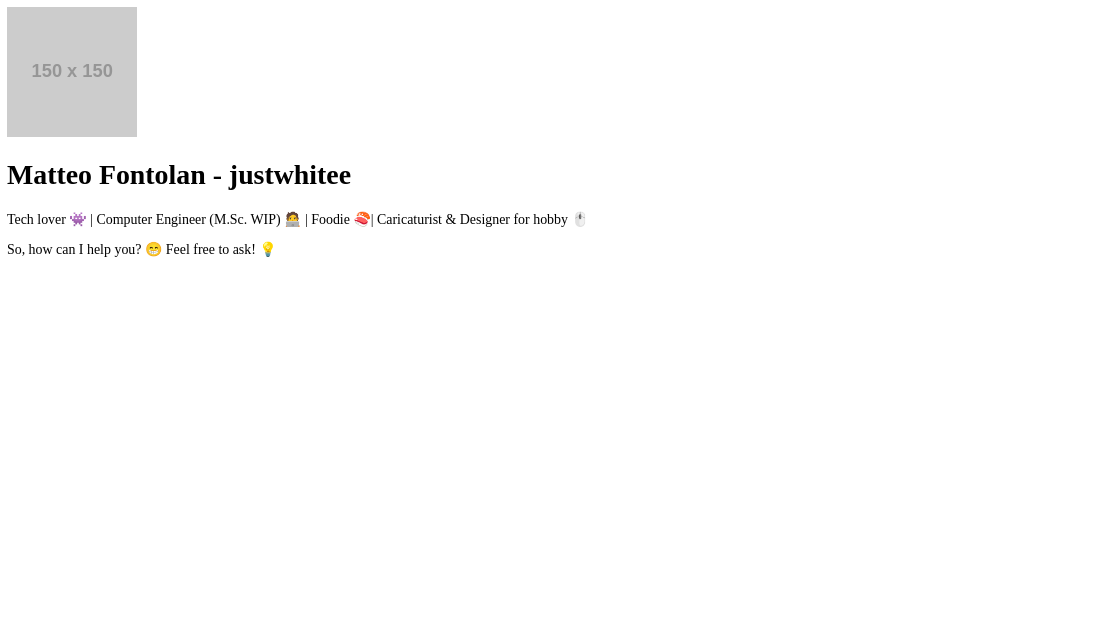
Repository: itsjustwhitee/itsjustwhitee.github.io
Page: bento/index.html
These files come from the project's save history. The page is drawn as it stood at one moment and after the next save; the edit follows.
The browser window is 1280 px wide. The pictures show the whole page, at 87% of full size.

Above is the page before, as saved 2026-01-17 09:28:13.

After the next save:
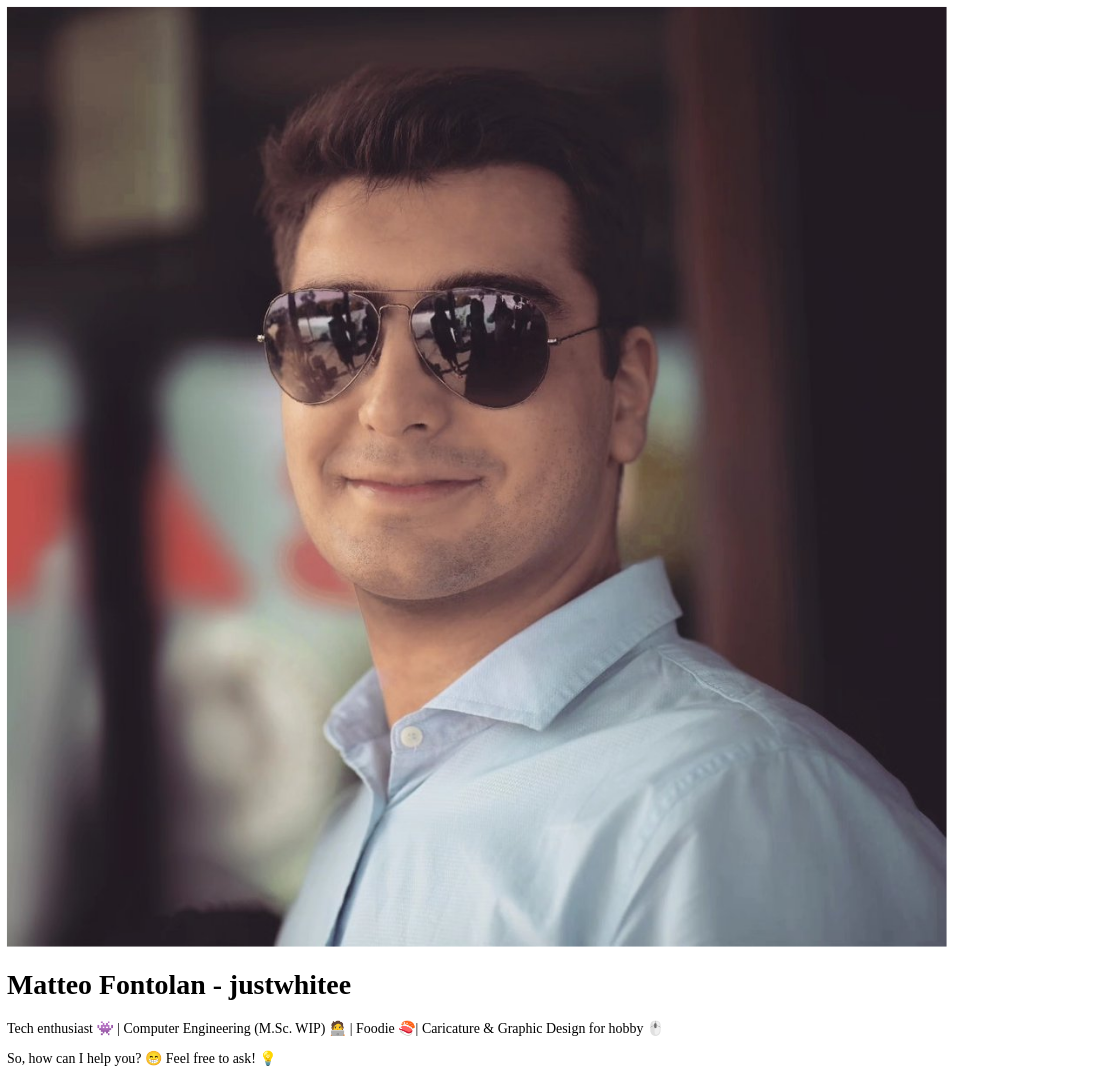
Saved 12 min 53 s later.
--- a/bento/index.html
+++ b/bento/index.html
@@ -7,23 +7,21 @@
     <link rel="stylesheet" href="style.css">
 </head>
 <body>
-
     <div class="container">
         <!-- Profile Header -->
         <header class="profile-header">
-            <img src="https://via.placeholder.com/150" alt="La mia foto" class="profile-pic">
+            <img src="./assets/propic.jpg" alt="That should've been me :C" class="profile-pic">
             <h1>Matteo Fontolan - justwhitee</h1>
-            <p class="bio">Tech lover 👾 | Computer Engineer (M.Sc. WIP) 🧑‍💻 | Foodie 🍣| Caricaturist & Designer for hobby 🖱️
+            <p class="bio">Tech enthusiast 👾 | Computer Engineering (M.Sc. WIP) 🧑‍💻 | Foodie 🍣| Caricature & Graphic Design for hobby 🖱️
             </p>
             <p class="cta">So, how can I help you? 😁 Feel free to ask! 💡</p>
         </header>
 
-        <!-- Griglia Bento -->
+        <!-- Bento Grid -->
         <main class="bento-grid" id="bento-grid">
-            <!-- I contenuti verranno inseriti qui dal JS -->
+            <!-- Contents will be displayed here by JS -->
         </main>
     </div>
-
     <script src="script.js"></script>
 </body>
 </html>
